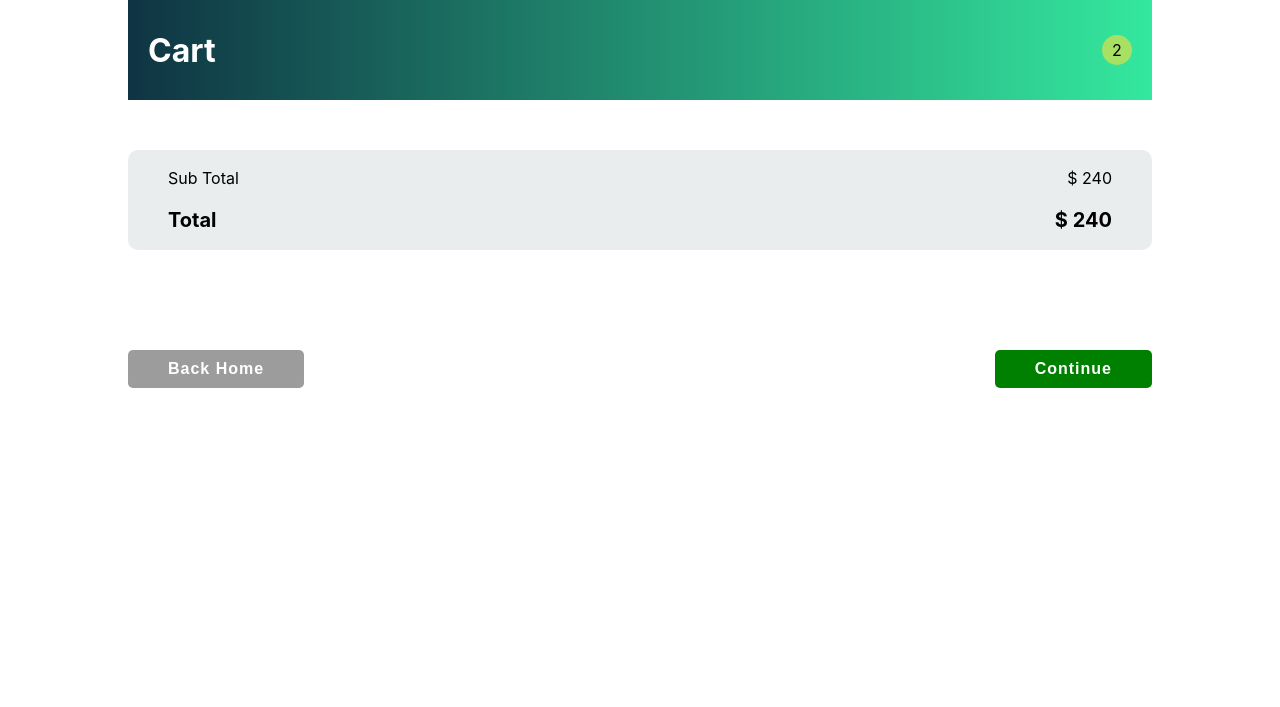
Repository: Yowani24/CarbonApp
Page: /cart
The author's editor kept a copy of each file at every save. The page is drawn from the files as they stood at one save, then again after the next save.
The browser window is 1280 px wide. The pictures show the whole page.
The project was rebuilt for these pictures with package versions that can differ from the ones it lists, and the page was loaded fresh each time. The framework's server and built-in components were replaced by stand-ins that run in the browser. Also part of the build but not shown: next.config.js.

Above is the page before, as saved 2021-09-27 12:14:19.

### pages/_app.js
import { useState } from 'react';
import '../styles/globals.css'
import { CreditProvider } from './products/CreditList'

function MyApp({ Component, pageProps }) {
  return (
    <CreditProvider>
      <Component {...pageProps} />
    </CreditProvider>
  );
}

export default MyApp

### pages/cart/index.js
import React from 'react';
import Head from 'next/head'

import styles from './Cart.module.css'
import Link from 'next/link'

import { CreditList } from '../products/CreditList'
import { useContext } from 'react'

export default function Cart(props) {
    const {cartContent} = useContext(CreditList);
    const [cartItems, setCartItems] = cartContent;
    return (
        <>
          <Head>
              <title>Cart</title>
          </Head>
          <header>
              <div className={styles.interface}>
                    <div className={styles.header_content}>
                        <h1>Cart</h1>
                        <p>2</p>
                    </div>
              </div>
          </header>

          <section>
              <div className={styles.interface}>
                  <div className={styles.boxes}>

                  </div>

                  <div className={styles.total_to_pay_box}>
                      <span>
                          <p>Sub Total</p>
                          <p>$ 240</p>
                      </span>
                      <span>
                          <p>Total</p>
                          <p>$ 240</p>
                      </span>
                  </div>

                  <div className={styles.button_box}>
                      <Link href="/"><button>Back Home</button></Link>
                      <Link href="/payment"><button>Continue</button></Link>
                  </div>
              </div>
          </section>
        </>
    )
}

### styles/globals.css
html,
body {
  padding: 0;
  margin: 0;
  font-family: -apple-system, BlinkMacSystemFont, Segoe UI, Roboto, Oxygen,
    Ubuntu, Cantarell, Fira Sans, Droid Sans, Helvetica Neue, sans-serif;
}

a {
  color: inherit;
  text-decoration: none;
}

* {
  margin: 0;
  box-sizing: border-box;
}

### pages/products/CreditList.js
import React, { useState, createContext } from 'react';

export const CreditList = createContext();

export const CreditProvider = (props) => {
    const [credit, setCredit] = useState([
        {
            id: 1,
            product: 'Carbon Credit',
            price: 120,
            description: 'More details goes here like description'
        },
        {
            id: 2,
            product: 'Carbon Credit',
            price: 120,
            description: 'More details about the product'
        },
        {
            id: 3,
            product: 'Carbon Credit',
            price: 120,
            description: 'More details for the item'
        },
        {
            id: 4,
            product: 'Carbon Credit',
            price: 120,
            description: 'More details to provide about carb cred'
        }

    ]);

    const [cartItems, setCartItems] = useState([
        {
            id: 1,
            product: 'Carbon Credit',
            price: 120,
            description: 'More details goes here like description'
        },
        {
            id: 1,
            product: 'Carbon Credit',
            price: 120,
            description: 'More details goes here like description'
        }
    ]);

    return (
        <CreditList.Provider value={{credits:[credit, setCredit], cartContent:[cartItems, setCartItems] }}>
            {props.children}
        </CreditList.Provider>
    );
}

### pages/cart/Cart.module.css
.interface{
    width: 80%;
    margin: 0 auto;
}

@media (max-width: 780px){
    .interface{
        width: 100%;
    }
}

/* =================HEADER================ */

.header_content{
    display: flex;
    justify-content: space-between;
    align-items: center;
    height: 100px;
    padding: 0 20px;

    background: #34e89e;
    background: -webkit-linear-gradient(to right, #0f3443, #34e89e);
    background: linear-gradient(to right, #0f3443, #34e89e);
}
.header_content h1{
    color: #FFFFFF;
}
.header_content p{
    display: flex;
    justify-content: center;
    align-items:center;
    width: 30px;
    height: 30px;
    border-radius: 100%;
    background: #a8e063;
}

@media (max-width:415px){
    .header_content{
        height: 80px;
    }
}

/* ============================== */
.boxes{
    margin-top: 40px;
}
.content_box{
    width: 100%;
    height: 120px;
    background:rgb(233, 237, 238);
    border-radius: 10px;

    display: flex;
    align-items:center;
}
.box{
    width: 120px;
    height: 100%;
    border-radius: 10px;

    background: #00467F;
    background: -webkit-linear-gradient(to right, #56ab2f , #a8e063);
    background: linear-gradient(to right, #56ab2f , #a8e063);


    display: flex;
    justify-content: center;
    align-items: center;
}
.box h3{
    font-size: 25px;
    width: 100px;
    color: azure;
}
.product_details{
    display: flex;
    justify-content: space-between;
    align-items: center;
    width: 80%;
    margin: 0 auto;
    color: hsl(0, 2%, 26%);
}
.description p:nth-child(2){
    margin-top: 5px;
    font-size: 14px;
}
.details_wrapper{
    width: 60%;

    display: flex;
    align-items: center;
    justify-content: space-between;
}
.quantity_controls button{
    border: none;
    padding: 5px 20px;
    margin: 0 5px;
    border-radius: 5px;
    font-size: 16px;
    background: rgb(204, 200, 200);
    cursor: pointer;
}
.quantity_controls button:active{
    background: rgb(148, 146, 146);
}
.current_money{
    display: flex;
    font-size: 16px;
    font-weight: bold;
}
.current_money span{
    padding: 0 20px;
}

@media (max-width: 780px){
    .content_box{
        height: 120px;
        width: 90%;
        margin: 0 auto;
    }
    .details_wrapper{
        width: 50%;
        margin: 0 auto;
        margin-top: 10px;
    }
}
@media (max-width: 415px){
    .content_box{
        height: 80px;
    }
    .box{
        width: 80px;
    }
    .box h3{
        font-size: 16px;
        width: 60px;
        color: azure;
    }

    .product_details{
        justify-content: center;
        flex-direction: column;
        width: 60%;
    }
    .description{
        width: 100%;
    }
    .description p:first-child{
        font-size: 14px;
    }
    .description p:nth-child(2){
        margin-top: 2px;
        font-size: 9px;
    }
    .details_wrapper{
        width: 100%;
        margin-top: 10px;
    }
    .quantity_controls button{
        padding: 5px 10px;
    }
    .current_money span{
        padding: 0 5px;
    }
}


/* ==================================== */

.total_to_pay_box{
    width: 100%;
    height: 100px;
    background:rgb(233, 237, 238);
    border-radius: 10px;

    display: flex;
    flex-direction: column;
    justify-content: center;
    margin-top: 50px;
    padding: 0 40px;
}

.total_to_pay_box span{
    display: flex;
    justify-content: space-between;
    margin: 10px 0;
}
.total_to_pay_box span:nth-child(2){
    font-weight: bold;
    font-size: 20px;
}

@media (max-width: 780px){
    .total_to_pay_box{
        height: 100px;
        width: 90%;
        margin: 0 auto;
        margin-top: 50px;
    }
}

@media (max-width: 460px){
    .total_to_pay_box{
        height: 80px;
    }
    .total_to_pay_box span{
        margin: 5px 0;
    }
    .total_to_pay_box span:first-child{
        font-size: 14px;
    }
    .total_to_pay_box span:nth-child(2){
        font-size: 16px;
    }
}



/* ===================================== */


.button_box{
    display: flex;
    justify-content: space-between;
    margin-top: 100px;
}
.button_box button:first-child{
    background: rgb(156, 156, 156);
}
.button_box button:first-child:hover{
    background: rgb(122, 120, 120);
}
.button_box button:first-child:active{
    background: rgb(187, 184, 184);
}
.button_box button{
    border: none;
    background: green;
    padding: 10px 40px;
    font-size: 16px;
    color: #FFFFFF;
    letter-spacing: 1px;
    border-radius: 5px;
    cursor: pointer;
    transition: .1s;
    font-weight: bold;
}
.button_box button:nth-child(2):hover{
    background: rgb(1, 92, 1);
}
.button_box button:nth-child(2):active{
    background: rgb(13, 131, 13);
}

@media (max-width: 780px){
    .button_box{
        width: 90%;
        margin: 0 auto;
        margin-top: 40px;
    }
    .button_box button{
        padding: 16px 50px;
        font-size: 16px;
    }
}

@media (max-width: 460px){
    .button_box button{
        padding: 10px 25px;
        font-size: 14px;
    }
}

After the next save:
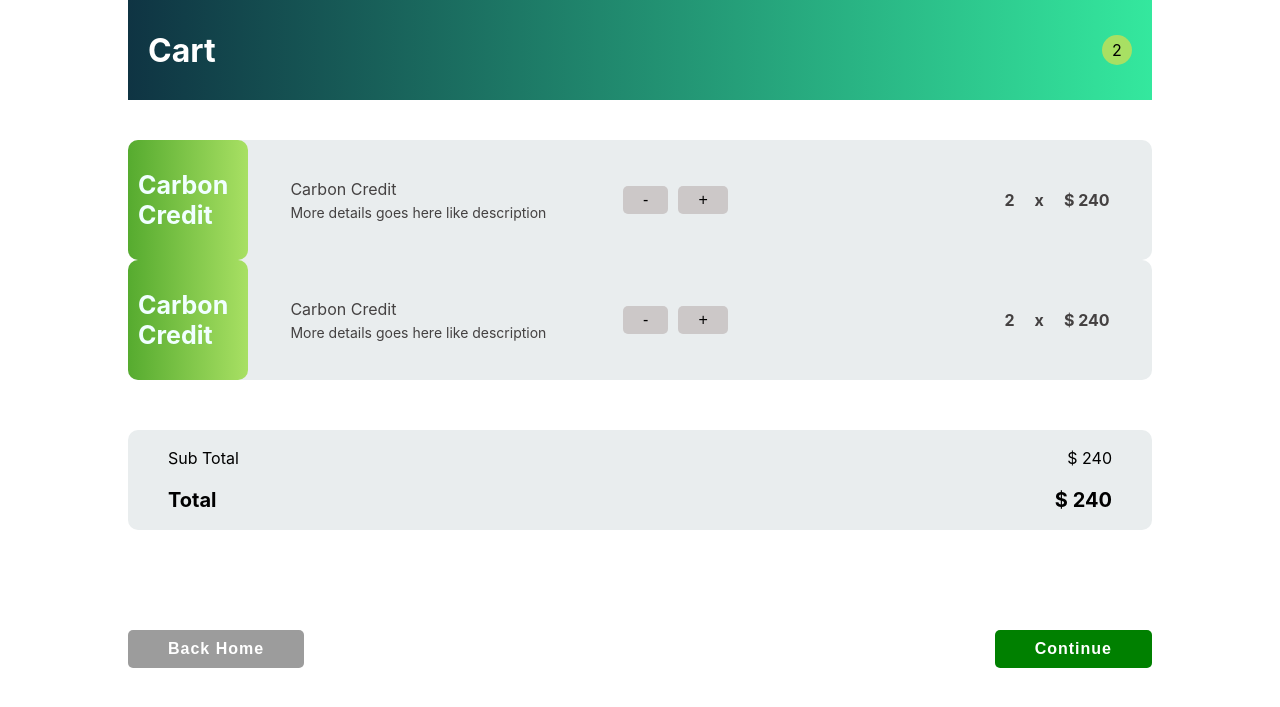
Saved 80 s later.
--- a/pages/cart/index.js
+++ b/pages/cart/index.js
@@ -27,7 +27,33 @@ export default function Cart(props) {
           <section>
               <div className={styles.interface}>
                   <div className={styles.boxes}>
+                      {cartItems.map(items => (
+                          <div className={styles.content_box}>
+                          <div className={styles.box}>
+                              <h3>Carbon Credit</h3>
+                          </div>
 
+                          <div className={styles.product_details}>
+                            <div className={styles.description}>
+                                <p>Carbon Credit</p>
+                                <p>More details goes here like description</p>
+                            </div>
+
+                            <div className={styles.details_wrapper}>
+                                <div className={styles.quantity_controls}>
+                                    <button>-</button>
+                                    <button>+</button>
+                                </div>
+
+                                <div className={styles.current_money}>
+                                    <p>2</p>
+                                    <span>x</span>
+                                    <p>$ 240</p>
+                                </div>
+                            </div>
+                          </div>
+                      </div>
+                      ))}
                   </div>
 
                   <div className={styles.total_to_pay_box}>
